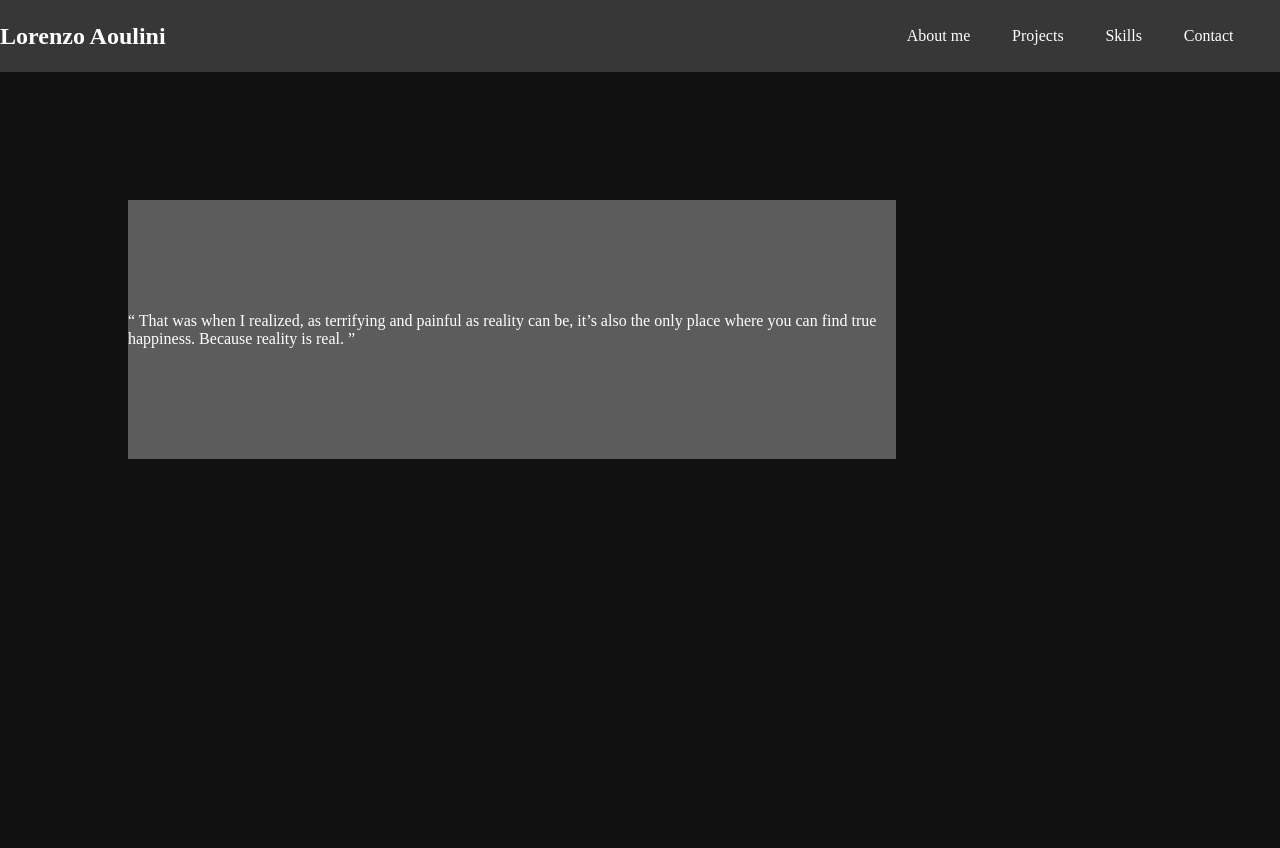
Repository: lolo298/lolo298.github.io
Page: index.html
An editor plug-in stored every save of this project. The page is shown before and after the next save, followed by the edit.
The browser window is 1280 px wide. The pictures show the whole page.

Above is the page before, as saved 2022-05-10 13:24:59.

After the next save:
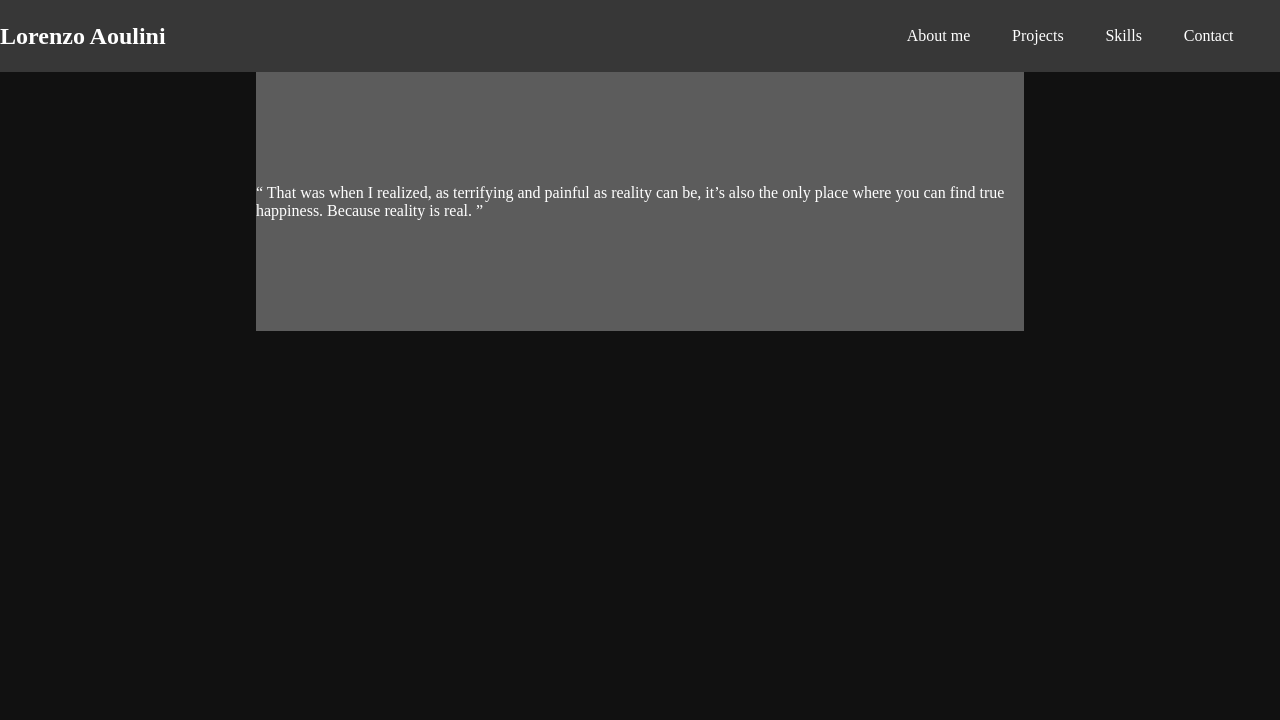
Saved 12 s later.
--- a/css/style.css
+++ b/css/style.css
@@ -72,7 +72,7 @@
     .quote-container {
         width: 60%;
         height: 40%;
-        margin: 10% 10%;
+        margin: auto;
         display: flex;
         justify-content: center;
         align-items: center;
